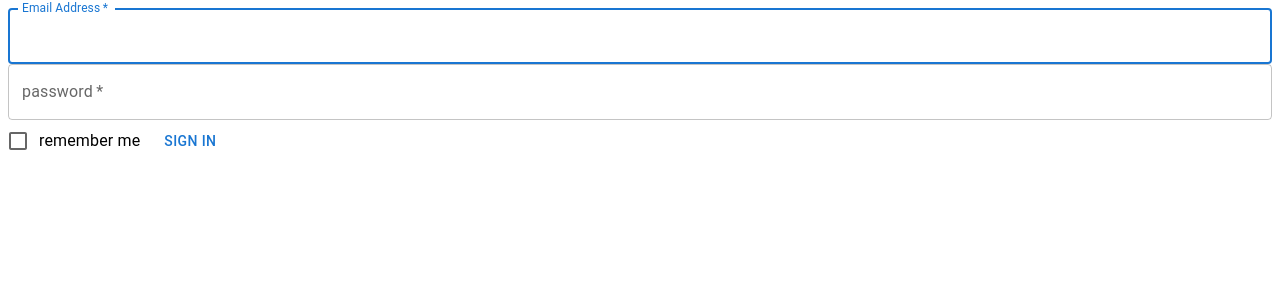
Repository: chlwpdnswku/nextjsportpolioclone
Page: /
These files come from the project's save history. The page is drawn as it stood at one moment and after the next save; the edit follows.
The browser window is 1280 px wide. The pictures show the whole page.
The project was rebuilt for these pictures with package versions that can differ from the ones it lists, and the page was loaded fresh each time. The framework's server and built-in components were replaced by stand-ins that run in the browser. Also part of the build but not shown: next.config.js.

Above is the page before, as saved 2022-08-05 16:48:49.

After the next save:
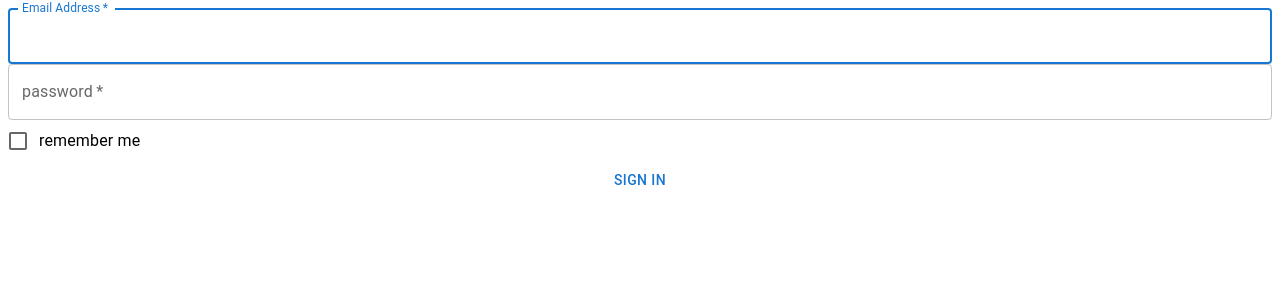
Saved 49 s later.
--- a/pages/index.tsx
+++ b/pages/index.tsx
@@ -31,14 +31,16 @@ const Home: NextPage = () => {
         name='password'
         autoComplete='current-password'
       />
-      {/* 체크박스  */}
+      {/* 체크박스를 누를때 옆에 텍스트를 클릭했을때에도 체크박스가 체크가 된다 !*/}
       <FormControlLabel
         control={<Checkbox value='remember' color='primary'></Checkbox>}
         label='remember me'
       ></FormControlLabel>
 
       {/* 서버로 보내는 서브밋 타이틀을 만들어줌. */}
-      <Button type='submit'>SIGN IN</Button>
+      <Button type='submit' fullWidth>
+        SIGN IN
+      </Button>
     </>
   );
 };
